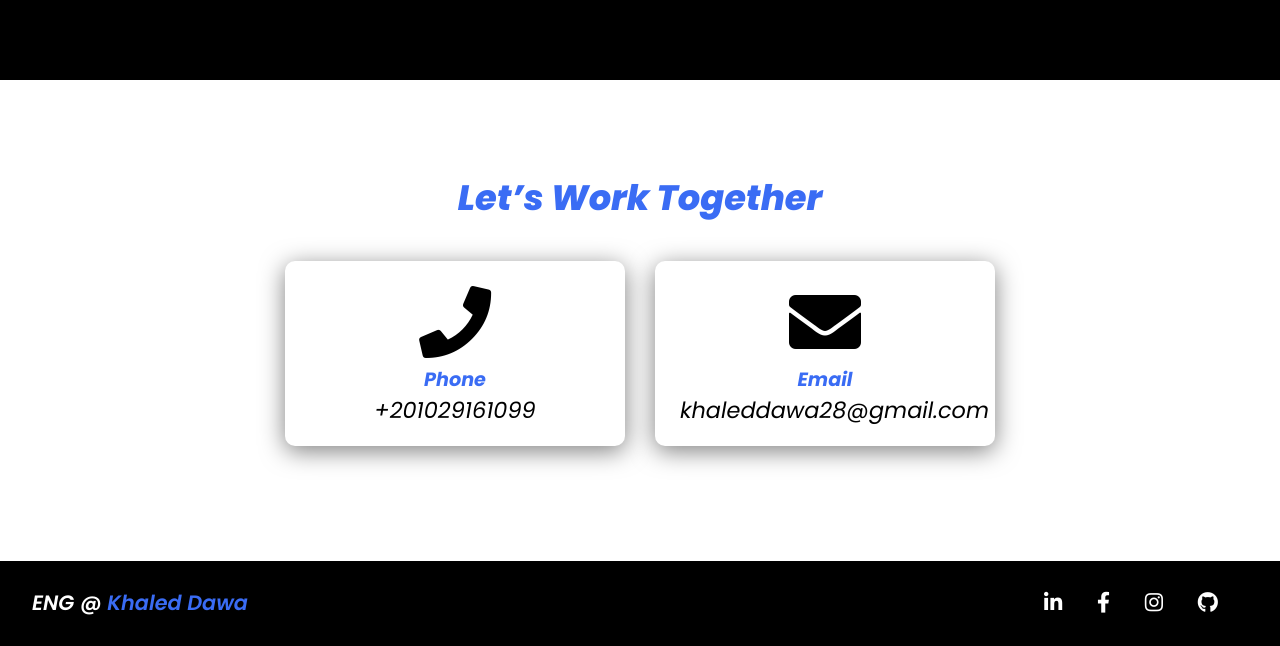
Repository: khaleddawa/My-Portfolio
Page: Index.html
An editor plug-in stored every save of this project. The page is shown before and after the next save, followed by the edit.
The browser window is 1280 px wide. The pictures show the part of the page from y = 2594 to 3272 px (the page is 3240 px tall before and 3272 px after).
A picture or video elsewhere on the page could not be fetched, so the positions and the page height are approximate. Backgrounds fixed to the window are drawn as part of the page.

Above is the page before, as saved 2023-11-14 16:09:46.

After the next save:
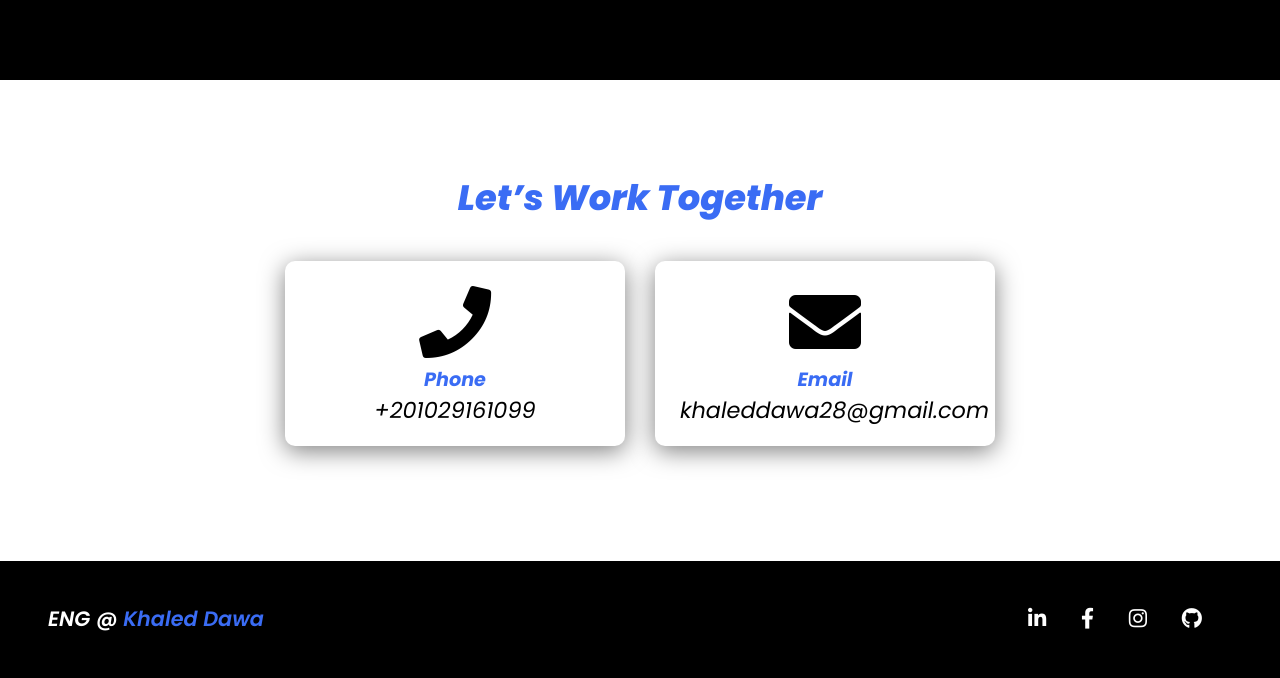
Saved 54 s later.
--- a/Style.css
+++ b/Style.css
@@ -223,7 +223,7 @@ section {
 .footer {
   background-color: #000000;
   color: #0a49f6;
-  padding: 2em;
+  padding: 3em;
   display: flex;
   justify-content: space-between;
 }
